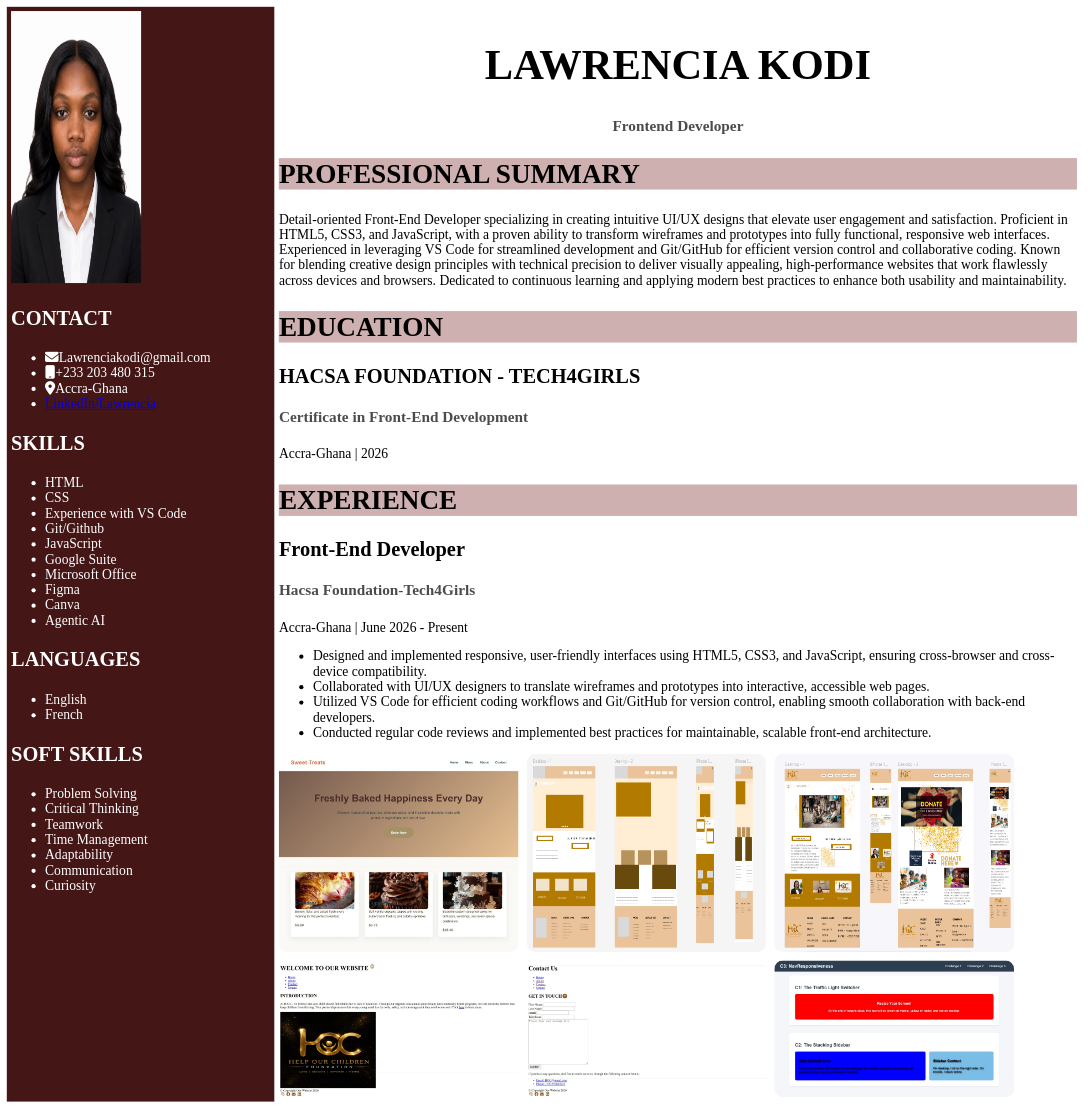
Repository: lawrencia-coder/T4G_CV
Page: index.html
An editor plug-in stored every save of this project. The page is shown before and after the next save, followed by the edit.
The browser window is 1280 px wide. The pictures show the whole page, at 85% of full size.
Some icons come from a web library that is not loaded, so they are not drawn. Some web libraries are served in a nearby version.

Above is the page before, as saved 2026-07-15 08:58:12.

After the next save:
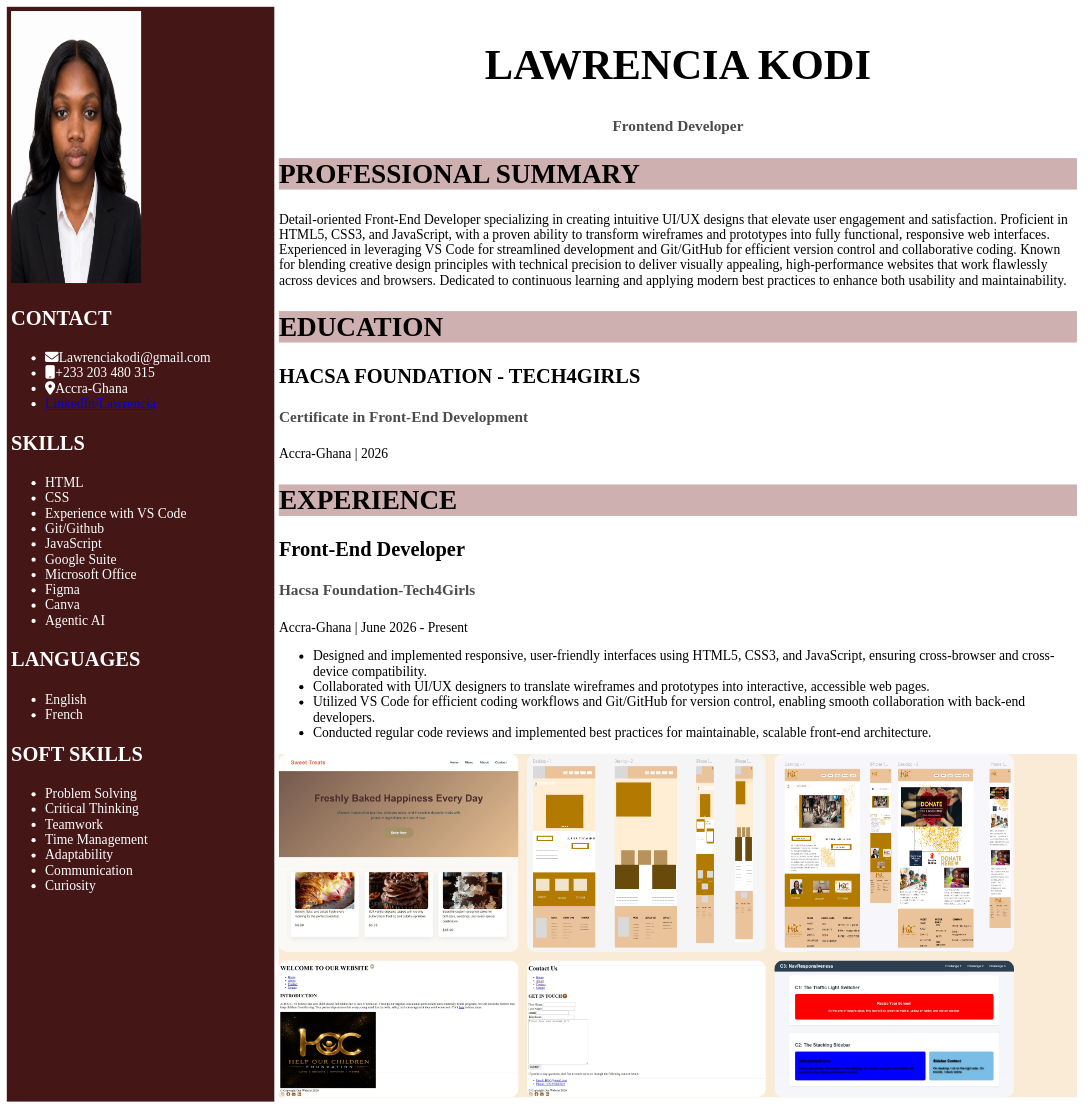
Saved 4 s later.
--- a/style.css
+++ b/style.css
@@ -56,7 +56,7 @@ padding: 5px;
     display: flex;
     flex-wrap: wrap;
     gap: 10px;
-    background-color: ;
+    background-color: antiquewhite;
 }
 .portfolio img{
     width: 30%;
